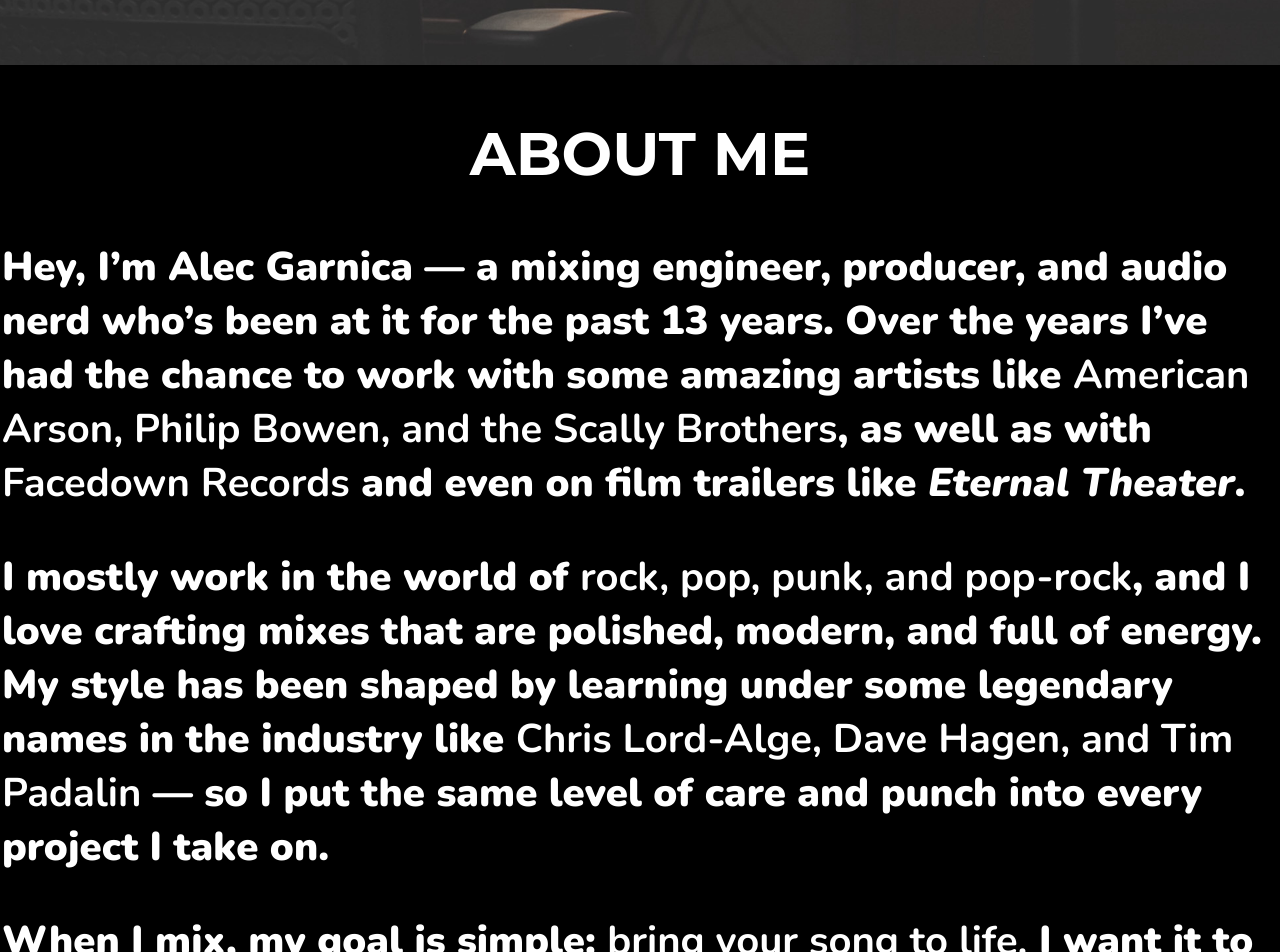
Repository: Aworminator/mixing-portfolio
Page: index.html
An editor plug-in stored every save of this project. The page is shown before and after the next save, followed by the edit.
The browser window is 1280 px wide. The pictures show the part of the page from y = 835 to 1787 px (the page is 3856 px tall).
Some web fonts or font styles are not loaded; a fallback is used.

Above is the page before, as saved 2025-08-22 16:39:37.

After the next save:
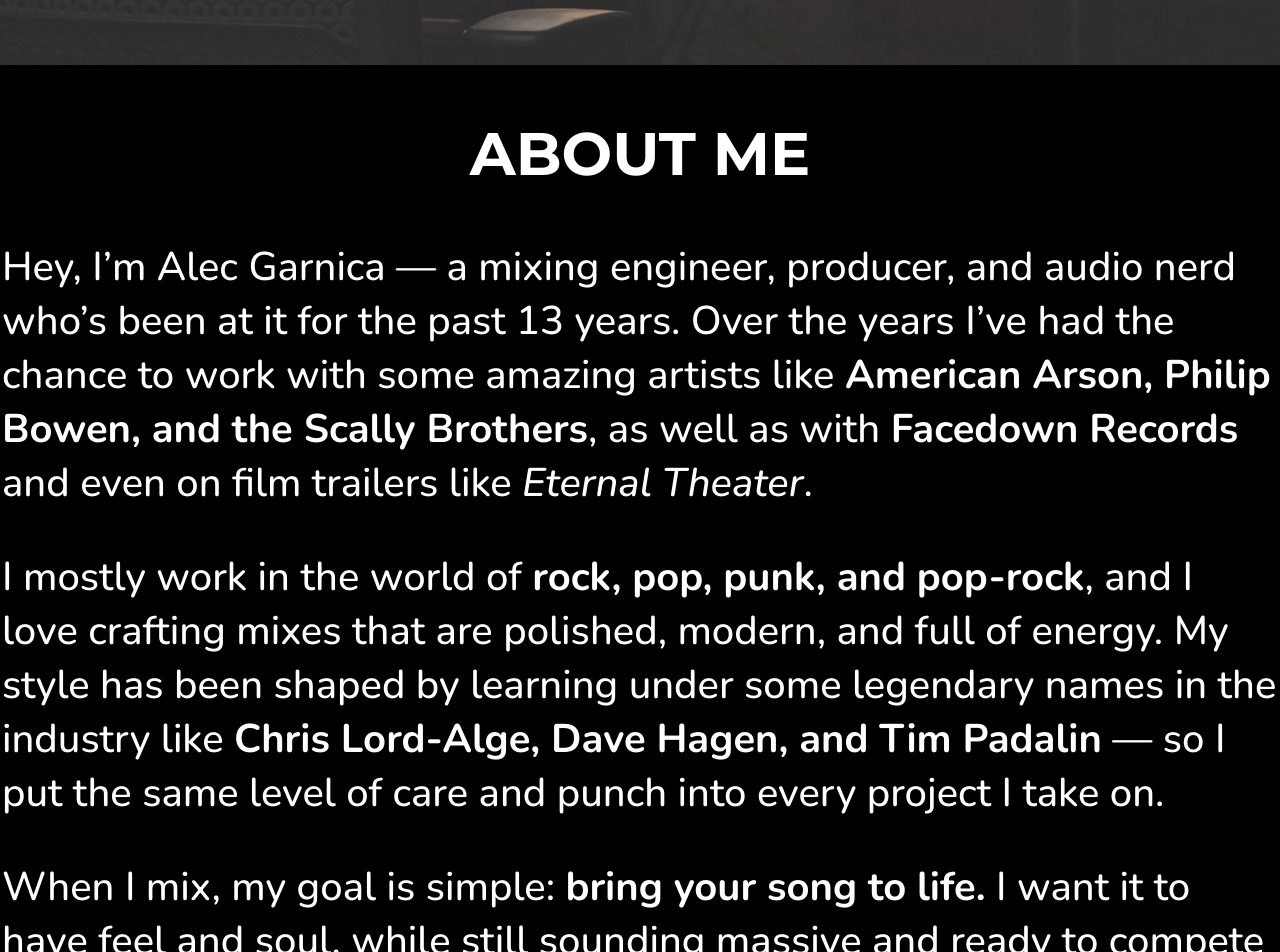
Saved 29 s later.
--- a/styles.css
+++ b/styles.css
@@ -19,7 +19,7 @@
 p {
   font-family: "Nunito", sans-serif;
   font-optical-sizing: auto;
-  font-weight: 900;
+  font-weight: 500;
   font-style: normal;
 }
 
